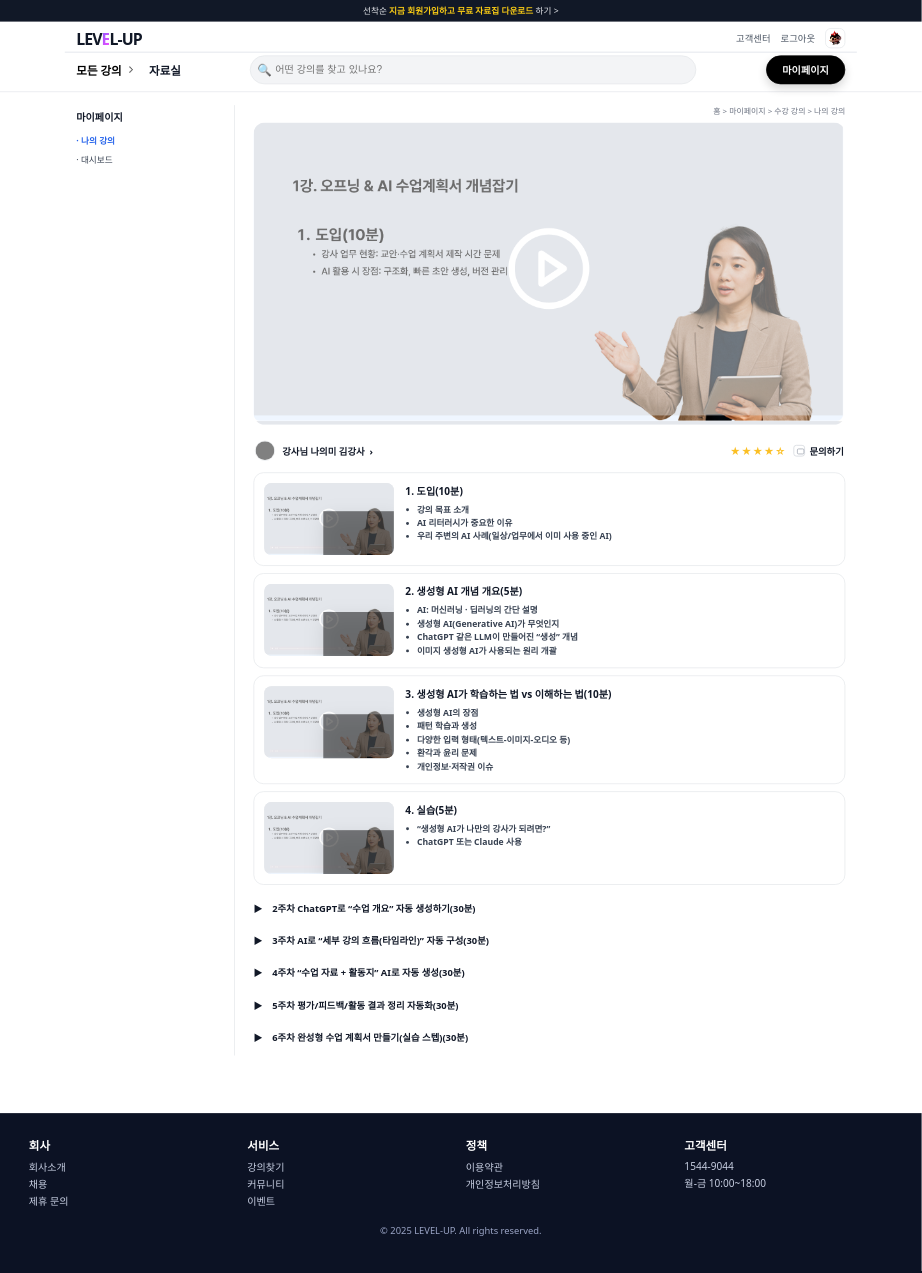
Repository: Iimchaehoon/level_up
Page: my_lecture.html
These files come from the project's save history. The page is drawn as it stood at one moment and after the next save; the edit follows.
The browser window is 1280 px wide. The pictures show the whole page, at 72% of full size.

Above is the page before, as saved 2025-12-14 01:29:52.

After the next save:
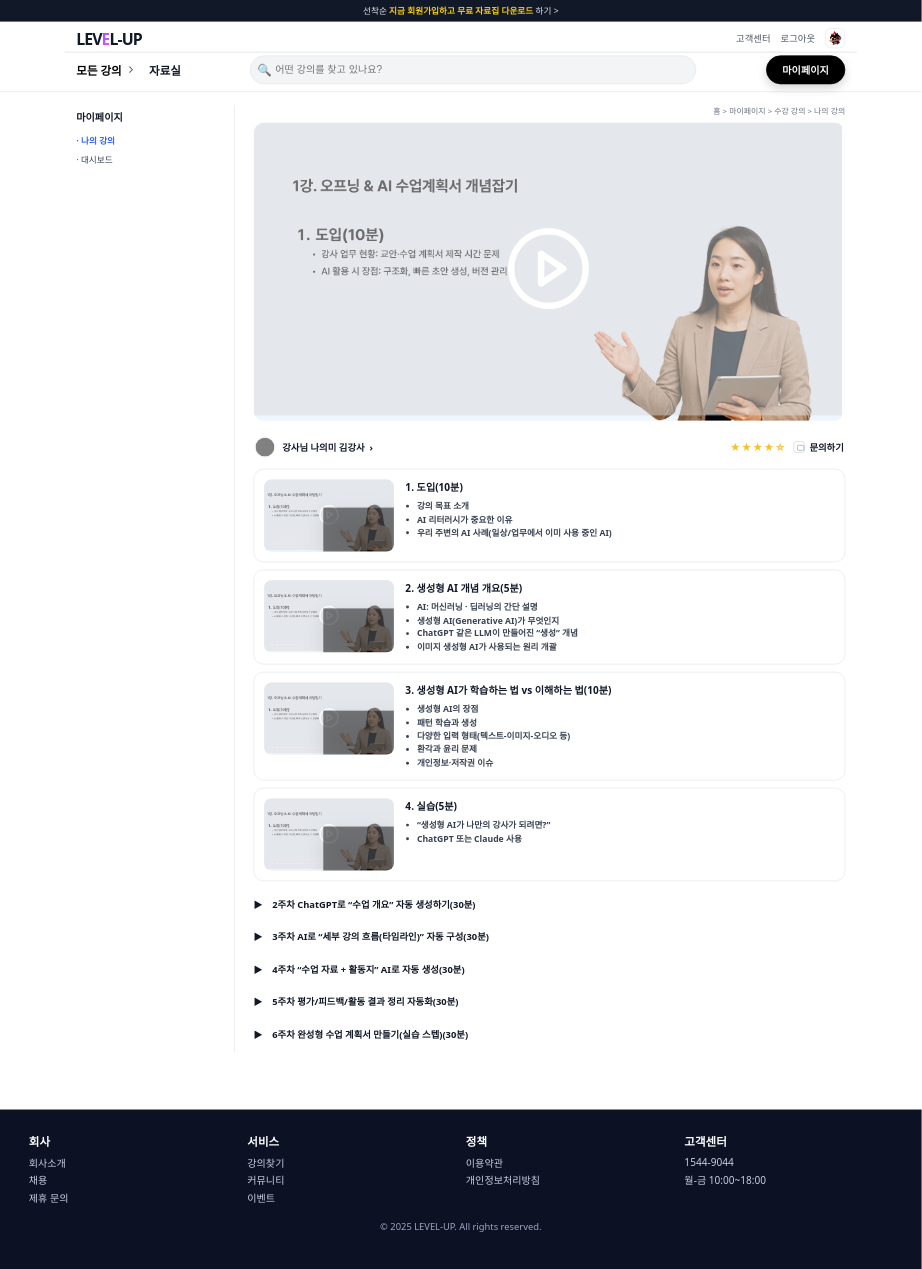
Saved 9 s later.
--- a/my_lecture.html
+++ b/my_lecture.html
@@ -165,7 +165,7 @@
 
     /* 상단 히어로 카드 */
     .hero-card{
-      height: 420px;
+      height: 415px;
       background:url(./my_lec/Group_427322280.png);
       background-size: contain;
       border-radius:16px;
